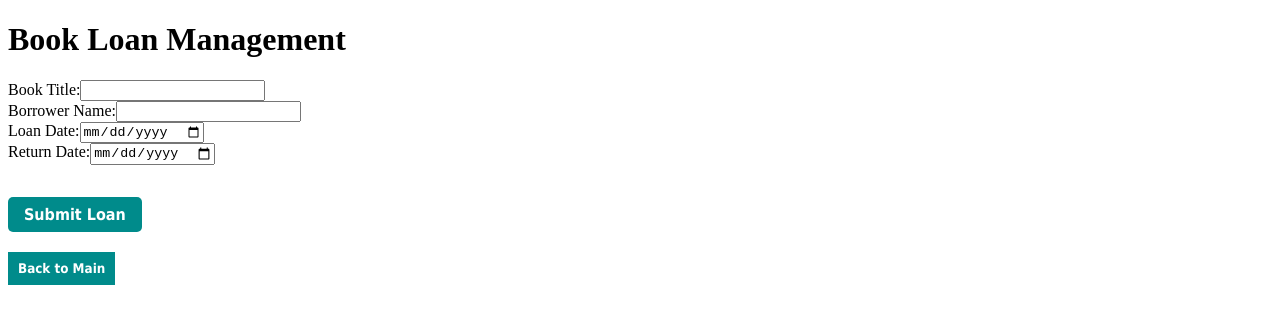
Repository: Darrel00/darrel_frontend_6
Page: / (app in darrel_frontend_6/), after clicking the first element matching `button.loan-button`
These files come from the project's save history. The page is drawn as it stood at one moment and after the next save; the edit follows.
The browser window is 1280 px wide. The pictures show the whole page.
The project was rebuilt for these pictures with package versions that can differ from the ones it lists, and the page was loaded fresh each time. Also part of the build but not shown: darrel_frontend_6/vite.config.js, darrel_frontend_6/src/Book.jsx, darrel_frontend_6/src/Modal.jsx, darrel_frontend_6/src/BookDetails.jsx.

Above is the page before, as saved 2025-11-02 01:28:11.

After the next save:
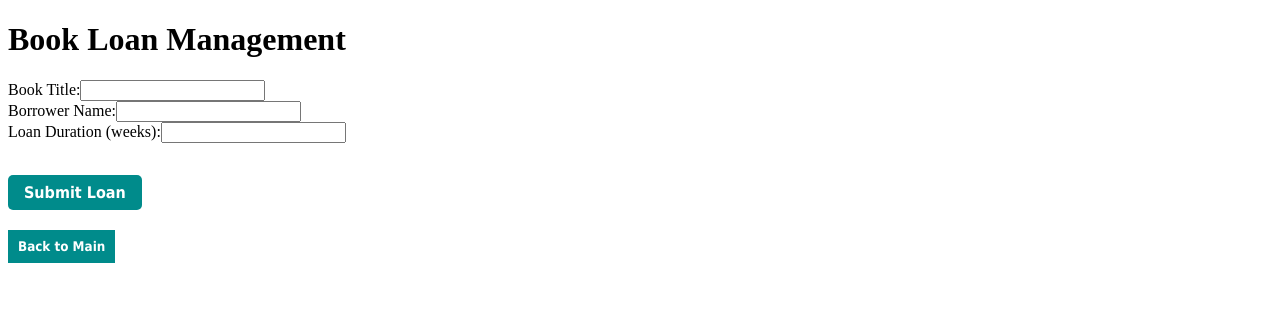
Saved 9 s later.
--- a/darrel_frontend_6/src/LoanManagement.jsx
+++ b/darrel_frontend_6/src/LoanManagement.jsx
@@ -54,25 +54,15 @@ export default function LoanManagement({ onBack, onLoanBook }) {
                     />
                 </div>
                 <div className="form-group">
-                    <label htmlFor="loanDate">Loan Date:</label>
+                    <label htmlFor="loanWeeks">Loan Duration (weeks):</label>
                     <input
-                        type="date"
-                        id="loanDate"
-                        name="loanDate"
-                        value={loanData.loanDate}
+                        type="number"
+                        id="loanWeeks"
+                        name="loanWeeks"
+                        value={loanData.loanWeeks}
                         onChange={handleChange}
                         required
-                    />
-                </div>
-                <div className="form-group">
-                    <label htmlFor="returnDate">Return Date:</label>
-                    <input
-                        type="date"
-                        id="returnDate"
-                        name="returnDate"
-                        value={loanData.returnDate}
-                        onChange={handleChange}
-                        required
+                        min="1"
                     />
                 </div>
                 <button type="submit" className="submit-button">Submit Loan</button>
